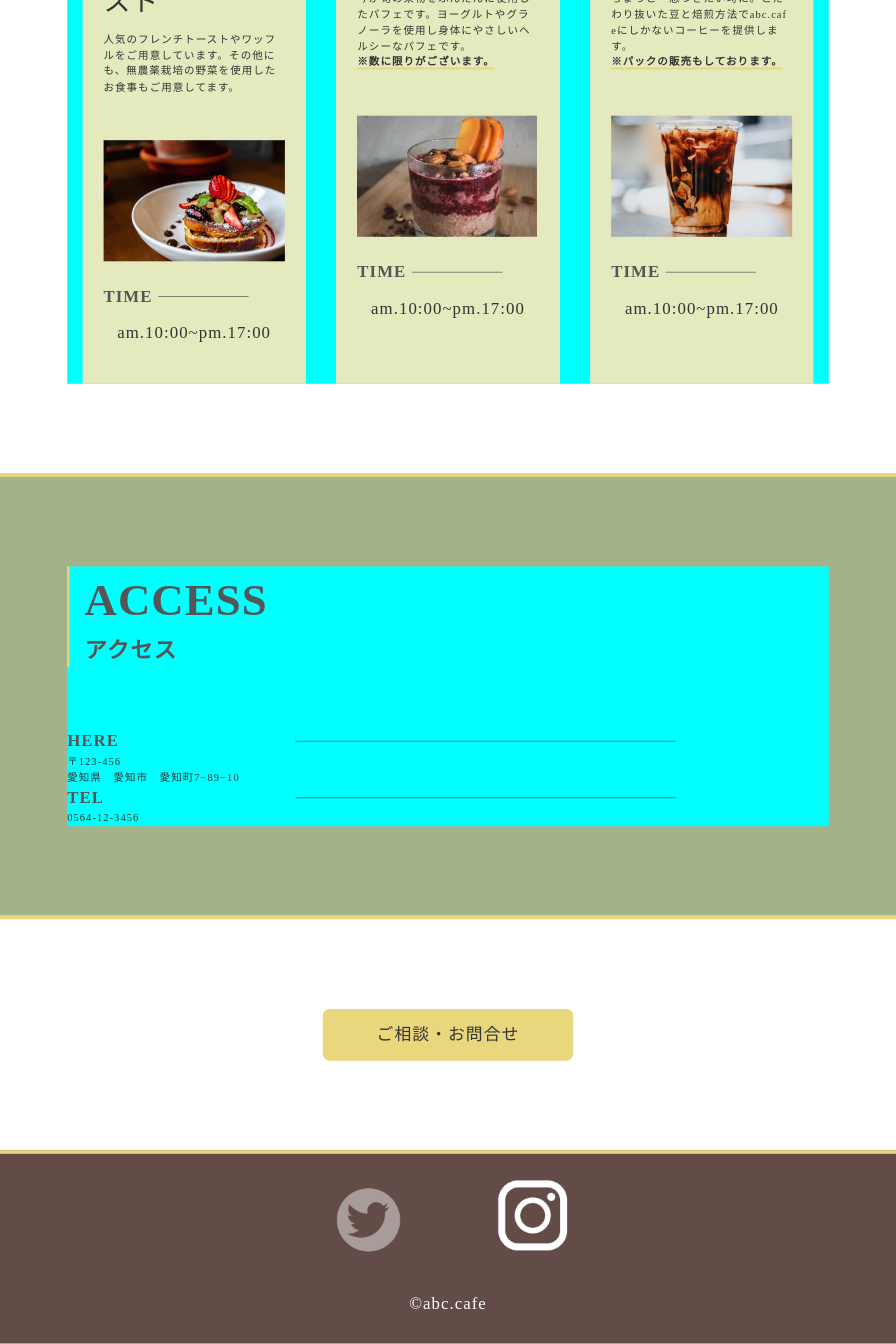
Repository: nozomi-23/lp1_test
Page: index.html
The author's editor kept a copy of each file at every save. The page is drawn from the files as they stood at one save, then again after the next save.
The browser window is 1280 px wide. The pictures show the part of the page from y = 3545 to 5465 px (the page is 5465 px tall), at 70% of full size.
The pointer rests on the first visible `.sns_twitter`.

Above is the page before, as saved 2022-06-08 23:22:53.

### index.html
<!DOCTYPE html>
<html lang="ja">
<head>
  <meta charset="UTF-8">
  <title>abc.cafe</title>
  <meta name="description" content="旬の果物とオーガニックなカフェ">
  <meta name="keywords" content="cafe,カフェ,フルーツ,お洒落">
  <meta name="viewport" content="width=device-width, initial-scale=1.0">
  <meta property="og:title" content="フルーツカフェ「abc.cafe」">
  <meta property="og:type" content="article">
  <meta property="og:url" content="https://withcode-plus.tech">
  <meta property="og:image" content="img/logo.png">
  <meta property="og:description" content="旬の果物とカラダに優しい食事を。">
  <meta property="og:site_name" content="お洒落なフルーツカフェ">
  <link rel="icon" href="img/favicon1.ico">
  <link rel="apple-touch-icon" sizes="180x180" href="img/logo.png">
  <link rel="preconnect" href="https://fonts.googleapis.com">
  <link rel="preconnect" href="https://fonts.gstatic.com" crossorigin>
  <link href="https://fonts.googleapis.com/css2?family=Noto+Serif+JP:wght@400;500;600;700;900&display=swap"
    rel="stylesheet">
  <link rel="stylesheet" href="css/reset.css">
  <link rel="stylesheet" href="css/common.css">
</head>
<body>
  <!-- ============= header -->
  <header>
    <div class="header_wrapper">
      <div class="inner">
        <nav class="header_nav">
          <ul>
            <li><a href="#news">NEWS<span>ニュース</span></a></li>
            <li><a href="#about">ABOUT<span>abc.cafeとは</span></a></li>
            <li><a href="#menu">MENU<span>メニュー</span></a></li>
            <li><a href="#access">ACCESS<span>アクセス</span></a></li>
            <li><a href="#contact">CONTACT<span>お問合せ</span></a></li>
          </ul>
        </nav>
      </div>
    </div>
  </header>
  <!-- ===================-main -->
  <div class="top_wrapper">
    <div class="top_inner">
      <h1>abc.cafe</h1>
    </div>
  </div>
  <!-- ===================-news -->
  <section id="news">
    <div class="news_wrapper">
      <div class="inner">
        <h2 class="title">NEWS<span>最新情報</span></h2>
        <div class="news_txt">
          <table>
            <tr>
              <th>2022.6</th>
              <td>今月の営業時間　更新しました</td>
            </tr>
            <tr>
              <th>2022.5</th>
              <td>期間限定　季節のフルーツパフェはじめました</td>
            </tr>
            <tr>
              <th>2022.3</th>
              <td>新メニュー追加しました</td>
            </tr>
          </table>
        </div>
      </div>
    </div>
  </section>
  <!-- ===================-about -->
  <section class="about_img_1 section" id="about">
    <div class="inner">
      <div class="about_descript">
        <h2 class="title">ABOUT<span>abc.cafeについて</span></h2>
        <div class="txt">
          <h3>abc.cafeのこだわり</h3>
          <p><strong>カラダは食べるものでできている</strong><br>
            いつまでも元気な身体でいるためにはどんな食生活をするかが大切です。皆さん果物を積極的に食べていますか？abc.cafeは愛知県内の農家から届く<strong>季節のフルーツ</strong>をふんだんに使用したメニューを提供しています。</p>
        </div>
    </div>
    </div>
    </section>
  <section class="about_img_2 section"   id="about">
    <div class="inner">
      <div class="about_descript about_descript_right">
        <h2 class="title">MORE..<span>さらに</span></h2>
        <div class="txt">
          <h3>coffeeにもこだわり</h3>
          <p>abc.cafeではオーナー自らが仕入れたこだわりのコーヒー豆を直焙煎し提供しています。
          果物に合う「<strong>後味のキレイなコーヒー</strong>」を追求し、最後の一滴まで満足のいく一杯に仕上げました。お洒落なラテアートで視覚的にも楽しんでください。。
          </p>
        </div>
    </div>
    </div>
  </div>
  </section>

  <!-- ===================-menu -->
  <section class="menu_wrapper section_bg_white" id="menu">
    <div class="inner">
      <h2 class="title">MENU<span>メニュー</span></h2>
      <div class="fram_wrapper">
        <div class="fram">
          <div class="fram_txt">
            <span>food</span>
            <h4>フレンチトースト</h4>
            <p>人気のフレンチトーストやワッフルをご用意しています。その他にも、無農薬栽培の野菜を使用したお食事もご用意してます。</p>
          </div>
          <img class="photo" src="img/menu_1.png" alt="フレンチトースト">
          <div>
            <p class="sub_title">TIME</p>
          </div>
          <p class="time">am.<span>10:00</span>~pm.<span>17:00</span></p>
        </div>
        <div class="fram">
          <div class="fram_txt">
            <span>dessert</span>
            <h4>季節のパフェ</h4>
            <p>今が旬の果物をふんだんに使用したパフェです。ヨーグルトやグラノーラを使用し身体にやさしいヘルシーなパフェです。<br>
            <strong>※数に限りがございます。</strong></p>
          </div>
          <img class="photo" src="img/menu_2.png" alt="パフェ">
          <div>
            <p class="sub_title">TIME</p>
          </div>
          <p class="time">am.<span>10:00</span>~pm.<span>17:00</span></p>
        </div>
        <div class="fram">
          <div class="fram_txt">
            <span>coffee</span>
            <h4>テイクアウト</h4>
            <p>ちょっと一息つきたい時に。こだわり抜いた豆と焙煎方法でabc.cafeにしかないコーヒーを提供します。<br>
            <strong>※パックの販売もしております。</strong>
            </p>
          </div>
          <p class="fram_txt"></p>
          <img class="photo" src="img/menu_3.png" alt="テイクアウト">
          <p class="sub_title">TIME</p>
          <p class="time">am.<span>10:00</span>~pm.<span>17:00</span></p>
        </div>
      </div>
    </div>
  </section>
  <!-- ================access-->
  <section class="section" id="access">
    <div class="inner">
      <h2 class="title">ACCESS<span>アクセス</span></h2>
      <div class="access_ferm">
        <p class="sub_title">HERE</p>
        <p class="adress">〒123-456<br>
        愛知県　愛知市　愛知町7−89−10</p>
        <p class="sub_title">TEL</p>
        <p class="adress">0564-12-3456</p>

      </div>


    </div>

  </section>
  <!-- ================contact-->
  <section class="contact section_bg_white" id="contact">
    <div class="button">
      <a href="#">ご相談・お問合せ</a>
    </div>

  </section>
  <!-- ================footer-->
  <footer>
    <div class="footer_wrapper">
      <ul class="footer_sns">
        <li>
          <a class="sns_twitter" href="#"><img src="img/footer_twitter.png" alt="twitter"></a>
        </li>
        <li>
          <a class="sns_instagram" href="#"><img src="img/footer_insta.png" alt="instagram"></a>
        </li>
      </ul>
      <div class="copyriter">
      <p><small>&copy;abc.cafe</small></p>
      </div>

    </div>
  </footer>







</body>
</html>

### css/reset.css
@charset "UTF-8";

html,
body,
div,
span,
object,
iframe,
h1,
h2,
h3,
h4,
h5,
h6,
p,
blockquote,
pre,
abbr,
address,
cite,
code,
del,
dfn,
em,
img,
ins,
kbd,
q,
samp,
small,
strong,
sub,
sup,
var,
b,
i,
dl,
dt,
dd,
ol,
ul,
li,
fieldset,
form,
label,
legend,
table,
caption,
tbody,
tfoot,
thead,
tr,
th,
td,
article,
aside,
canvas,
details,
figcaption,
figure,
footer,
header,
hgroup,
menu,
nav,
section,
summary,
time,
mark,
audio,
video {
  margin: 0;
  padding: 0;
  border: 0;
  outline: 0;
  font-size: 100%;
  vertical-align: baseline;
  background: transparent;
}

body {
  line-height: 1;
}

article,
aside,
details,
figcaption,
figure,
footer,
header,
hgroup,
menu,
nav,
section {
  display: block;
}

nav ul {
  list-style: none;
}

blockquote,
q {
  quotes: none;
}

blockquote:before,
blockquote:after,
q:before,
q:after {
  content: '';
  content: none;
}

a {
  margin: 0;
  padding: 0;
  font-size: 100%;
  vertical-align: baseline;
  background: transparent;
}

/* change colours to suit your needs */
ins {
  background-color: #ff9;
  color: #000;
  text-decoration: none;
}

/* change colours to suit your needs */
mark {
  background-color: #ff9;
  color: #000;
  font-style: italic;
  font-weight: bold;
}

del {
  text-decoration: line-through;
}

abbr[title],
dfn[title] {
  border-bottom: 1px dotted;
  cursor: help;
}

table {
  border-collapse: collapse;
  border-spacing: 0;
}

/* change border colour to suit your needs */
hr {
  display: block;
  height: 1px;
  border: 0;
  border-top: 1px solid #cccccc;
  margin: 1em 0;
  padding: 0;
}

input,
select {
  vertical-align: middle;
}

### css/common.css
@charset "UTF-8";

body {
  font-size: 15px;
  color: #333;
  font-family: 'Noto Serif JP', serif;
  word-break: break-all;
  letter-spacing: 0.1em;
  line-height: 1.5;
}
a {
  text-decoration: none;
  color: #333;
}
li {
  list-style: none;
}
.inner {
  width: 85%;
  margin: 0 auto;
  background-color: aqua;
}
/* =====================
共通パーツ
=========================*/
.title {
  font-weight: bold;
  font-size: 4rem;
  color: #555;
  border-left: solid 3px #E9D77D;
  padding-left: 2%;
  margin-bottom: 8%;
}
.title span {
  display: block;
  font-size: 2rem;
}
.section {
  border-top: solid 5px #E9D77D;
  background-color: #A2B38B;
  padding: 10% 0;
}
.section_bg_white {
  background-color: #fff;
  border-top: solid 5px #E9D77D;
  padding: 10% 0;
}


/* =====================
header
=========================*/
.header_wrapper {
  width: 100%;
  background-color: #634B47;
}
.header_nav ul {
  width: 100%;
  display: table;
}
.header_nav ul li {
  display: table-cell;
  text-align: center;
}
.header_nav ul li a {
  display: inline-block;
  color: #fff;
  padding: 8% 0;
}
.header_nav ul li a:hover {
  opacity: 0.5;
}
.header_nav ul li a span {
  display: block;
  margin-top: 10%;
}
/* =====================
main
=========================*/
.top_wrapper {
  width: 100%;
  height: 85vh;
  overflow: hidden;
  background: url(../img/main.png) no-repeat center;
  background-size: cover;
}
.top_wrapper::after {
  content: "";
  position: relative;
  width: 100%;
}
.top_inner {
  position: absolute;
  top: 20%;
  left: 37%;
  z-index: 1;
}
.top_inner h1{
  font-family: 'Lobster', cursive;
  font-size: 15rem;
  color: #fff;
  opacity: 65%;
}
/* =====================
news
=========================*/
.news_wrapper {
  padding: 10% 0;
}
.news_txt table{
  margin: 0 auto;
  background-color: #E9D77D;
  font-size: 1.5rem;
}
.news_txt tr {
  border-top: solid 1px;
}
.news_txt th {
  padding: 20px 100px 20px 0;
  font-weight: normal;
}
.news_txt td {
  padding: 20px 100px 20px 0;
}
/* =====================
about
=========================*/

.txt h3 {
  font-size: 2.4rem;
  margin-bottom: 1em;
  font-weight: normal;
}
.txt p {
  font-size: 1.5rem;
}
.txt strong {
  border-bottom: solid 5px #E9D77D;
}
.about_img_1 {
  position: relative;
}
.about_img_1::after {
  position: absolute;
  content: "";
  background: url(../img/about_1.png) no-repeat center;
  background-size: cover;
  width: 50%;
  height: 100%;
  top: 0;
  left: 50%;
}
.about_img_2 {
  position: relative;
}
.about_img_2::after {
  position: absolute;
  content: "";
  background: url(../img/about_2.png) no-repeat center;
  background-size: cover;
  width: 50%;
  height: 100%;
  top: 0;

}
.about_descript {
  width: 42%;
}
.about_descript_right {
  position: relative;
  left: 58%;
}
/* =====================
menu
=========================*/
.fram_wrapper {
  display: flex;
  justify-content: space-between;
  width: 100%;

}
.fram {
  width: 33.3333%;
  background-color: #E4E9BE;
  margin: 0 2%;
  padding: 55px 30px;
}
.photo{
  width: 100%;
  height: auto;
  margin-top: 25%;
  margin-bottom: 10%;
}
.fram_txt span {
  font-size: 1.5rem;
}
.fram_txt h4 {
  font-size: 2.4rem;
  font-weight: normal;
  margin-bottom: 5%;
}
.fram_txt p strong {
  border-bottom: solid 3px #E9D77D;
}
.sub_title {
  font-size: 1.5rem;
  font-weight: bold;
  color: #555;
  position: relative;
}
.sub_title::after {
  content: "";
  position: absolute;
  width: 50%;
  height: 1px;
  background-color: #555;
  top: 50%;
  left: 30%;
}
.sub_title p {
  position: relative;
  padding-right: 40%;
}
.time {
  text-align: center;
  font-size: 1.5rem;
  padding-top: 1rem;
}
/* =====================
access
=========================*/
.access_ferm {

}

/* =====================
contact
=========================*/
.button {
  margin: 0 auto;
  text-align: center;
  background-color: #E9D77D;
  width: 25%;
  padding: 1.5%;
  border-radius: 10px;
}
.button:hover {
  cursor: pointer;
  opacity: 0.5;
}
.button a {
  font-size: 1.5rem;
}
/* =====================
footer
=========================*/
.footer_wrapper {
  border-top: solid 5px #E9D77D;
  background-color: #634B47;
}
.copyriter {
  color: #fff;
  text-align: center;
  padding-top: 1.5%%;
  padding-bottom: 3%;
  font-size: 1.5rem;
}
.footer_sns {
  display: flex;
  justify-content: center;
}
.sns_twitter:hover {
  opacity: 0.5;
  color: dodgerblue;
}
.sns_instagram:hover {
  opacity: 0.5;
}
.footer_sns li {
  margin: 3% 5%;
}

After the next save:
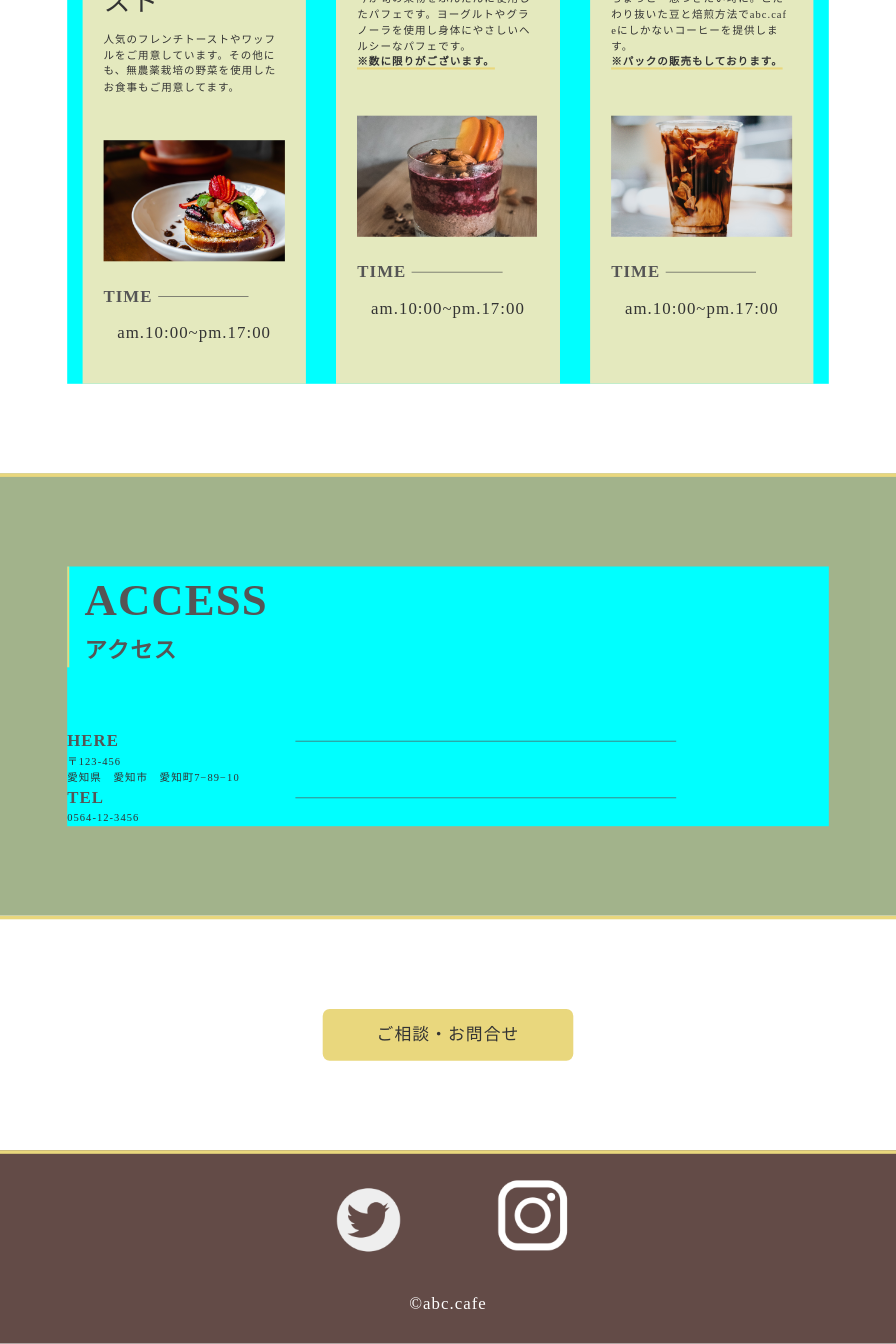
Saved 3 min 38 s later.
--- a/css/common.css
+++ b/css/common.css
@@ -269,7 +269,7 @@ footer
   display: flex;
   justify-content: center;
 }
-.sns_twitter:hover {
+.sns_twitter img:hover {
   opacity: 0.5;
   color: dodgerblue;
 }
